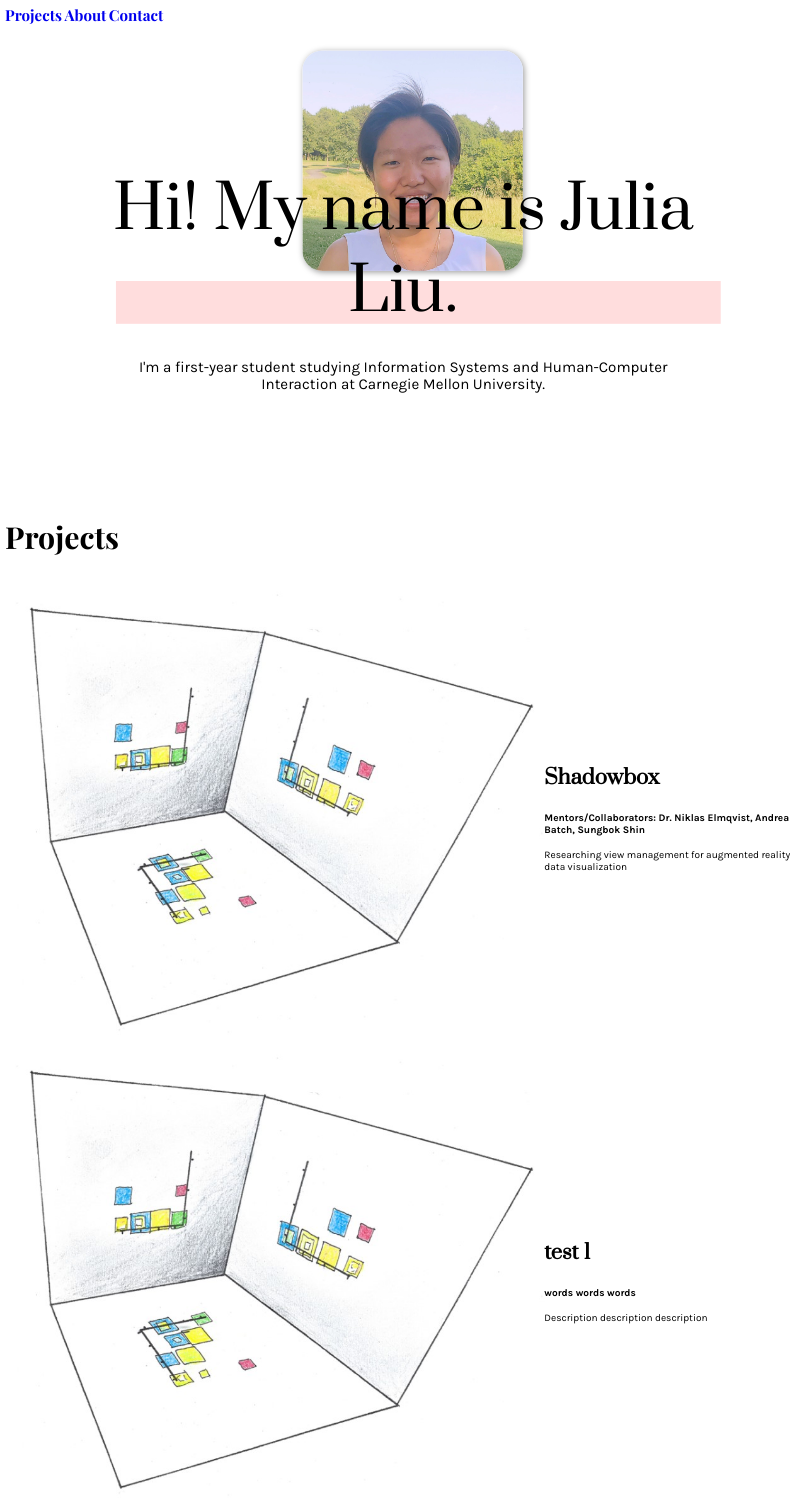
Repository: liu-julia/liu-julia.github.io
Page: index.html
The author's editor kept a copy of each file at every save. The page is drawn from the files as they stood at one save, then again after the next save.
The browser window is 1280 px wide. The page is 1280 px wide, then 1286 px, then 1280 px, so the pictures cover 1286 px, including what lies to the right of the window. The pictures show the whole page, at 63% of full size.

Above is the page before, as saved 2022-04-26 22:58:51.

### index.html
<!DOCTYPE html>
<html lang="en">
<head>
    <meta charset="UTF-8">
    <meta http-equiv="X-UA-Compatible" content="IE=edge">
    <meta name="viewport" content="width=device-width, initial-scale=1.0">
    <link rel="preconnect" href="https://fonts.googleapis.com">
    <link rel="preconnect" href="https://fonts.gstatic.com" crossorigin>
    <link href="https://fonts.googleapis.com/css2?family=Karla:wght@300;400;700&family=Open+Sans:wght@300;400;700&family=Playfair+Display:wght@400;700&family=Prata&display=swap" rel="stylesheet">
    <link rel="stylesheet" href="css/styles.css">
    <link rel="icon" href="images/jllogo.png">
    <title>Julia Liu</title>
</head>
<body>
    <header>
        <a href="index.html">Projects</a>
        <a href="about.html">About</a>
        <a href="contact.html">Contact</a>
    </header>
    <div id="content">
        <div id="top">
            <img id="face" src="images/IMG_20210707_193435_832.jpg" alt="Julia Liu">
            <h1 class="highlighted">Hi! My name is Julia Liu.</h1>
            <p id="head_desc">I'm a first-year student studying Information Systems and Human-Computer Interaction at Carnegie Mellon University.</p>
        </div>
        <br>
        <h2>Projects</h2>
        <div class="project">
            <img src="images/shadowbox.jpg" alt="Shadowbox">
            <div class="project-text">
                <h3>Shadowbox</h3>
                <h4>Mentors/Collaborators: Dr. Niklas Elmqvist, Andrea Batch, Sungbok Shin</h4>
                <p>Researching view management for augmented reality data visualization</p>
            </div>
        </div>
        <div class="project">
            <img src="images/shadowbox.jpg" alt="Shadowbox">
            <div class="project-text">
                <h3>test 1</h3>
                <h4>words words words</h4>
                <p>Description description description</p>
            </div>
        </div>
    </div>
</body>
</html>

### css/styles.css
:root {
    font-family: 'Karla', sans-serif;
}
html {
    height: 100%;
}
body {
    height: 100%;
}
#content {
    height: 100%;
}
h1 {
    font-family: 'Prata', serif;
    font-weight: 400;
    font-size: 6em;
}
#top {
    height: 100%;
}
h1{
    position: absolute;
    bottom: 12rem;
    left: 1rem;
    right: 1rem;
    text-align: center;
    margin: auto;
    width: 75%;
}
.highlighted::before {
    content: "";
    position: absolute;
    width: 100%;
    background: #ffdddd;
    left: .25em;
    bottom: .15em;
    height: .7em;
    z-index: -1;
}
h2 {
    font-family: 'Playfair Display', serif;
    font-size: 3em;
}
h3 {
    font-family: 'Prata', serif;
    font-size: 2em;

}
a {
    font-family: 'Playfair Display', serif;
    font-size: 1.5em;
    font-weight: 700;
    text-decoration: none;
}
#head_desc {
    font-size: 1.5em;
    font-weight: 400;
    position: absolute;
    bottom: 6rem;
    width: 90%;
    left: 1rem;
    right: 1rem;
    text-align: center;
    margin: auto;
    width: 75%;
}
.project {
    display: flex;
    align-items: center;
}
#face {
    position: absolute;
    width: 350px;
    height: 350px;
    top: 5rem;
    left: 30rem;
    right: 30rem;
    border-radius: 2em;
    margin: auto;
    box-shadow: 2px 2px 10px #00000066;
}

After the next save:
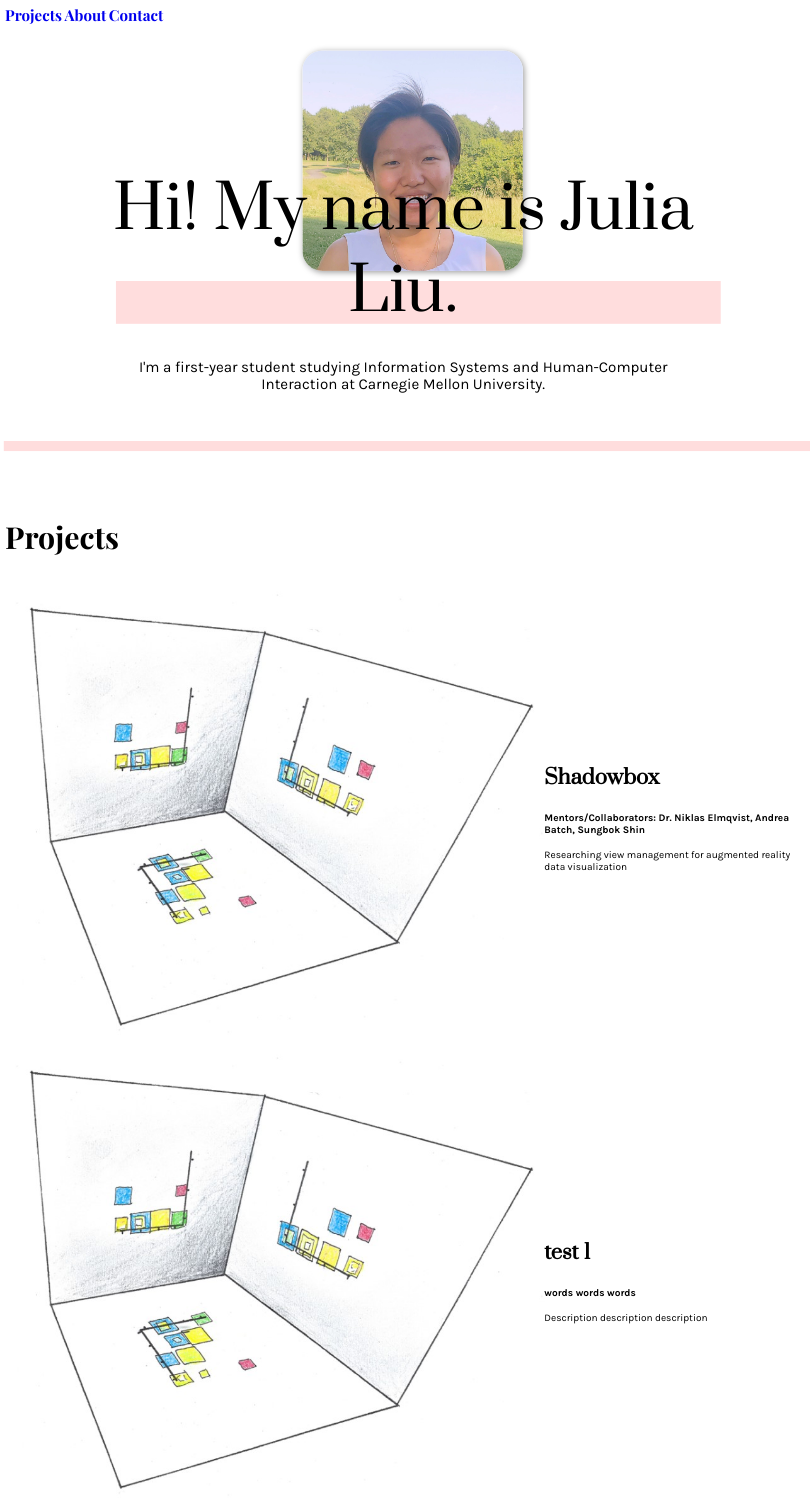
Saved 3 min 33 s later.
--- a/index.html
+++ b/index.html
@@ -13,7 +13,7 @@
 </head>
 <body>
     <header>
-        <a href="index.html">Projects</a>
+        <a class="highlighted" href="index.html">Projects</a>
         <a href="about.html">About</a>
         <a href="contact.html">Contact</a>
     </header>

After the save that followed:
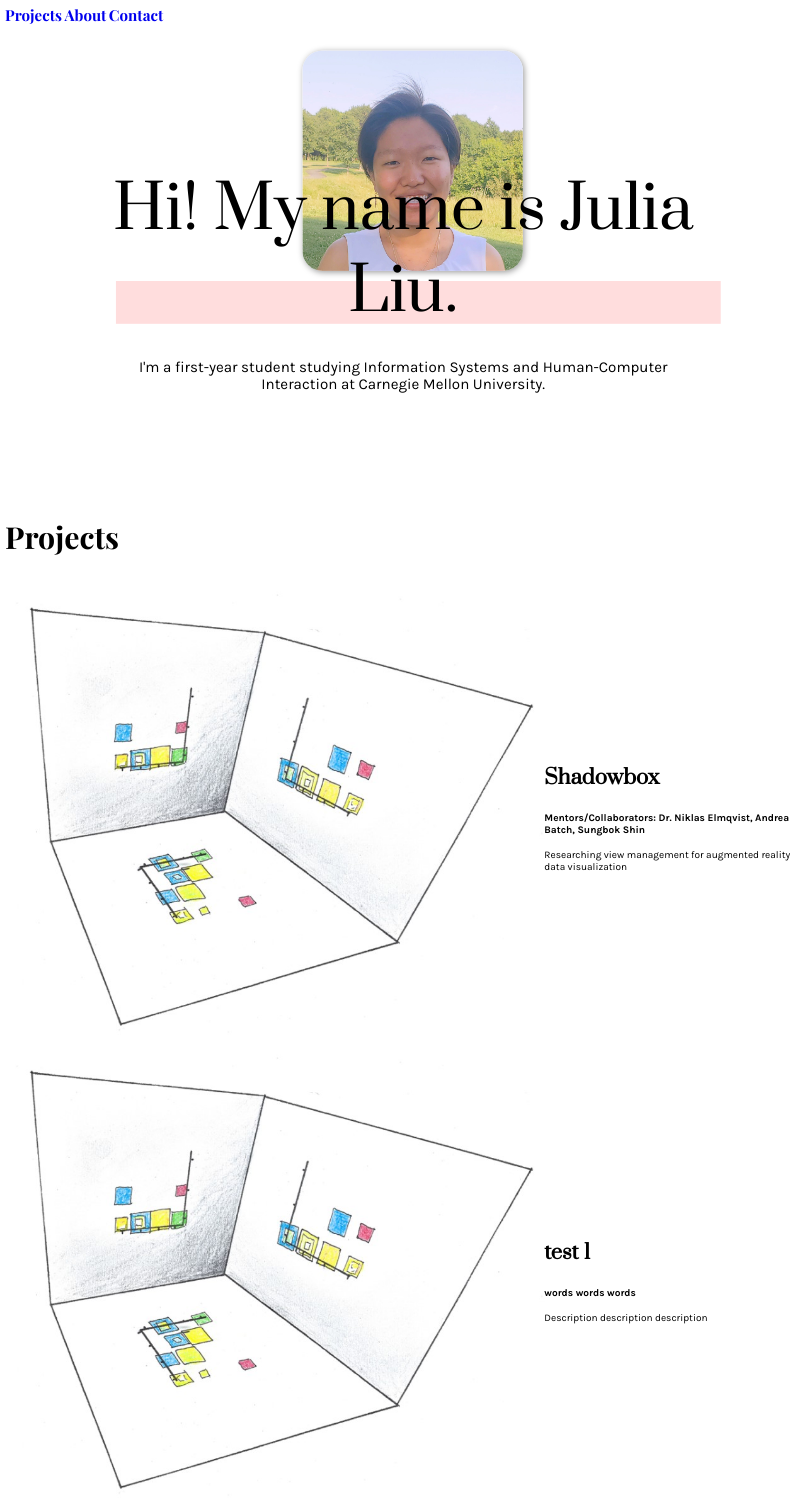
Saved 36 s later.
--- a/index.html
+++ b/index.html
@@ -13,7 +13,7 @@
 </head>
 <body>
     <header>
-        <a class="highlighted" href="index.html">Projects</a>
+        <a href="index.html">Projects</a>
         <a href="about.html">About</a>
         <a href="contact.html">Contact</a>
     </header>
